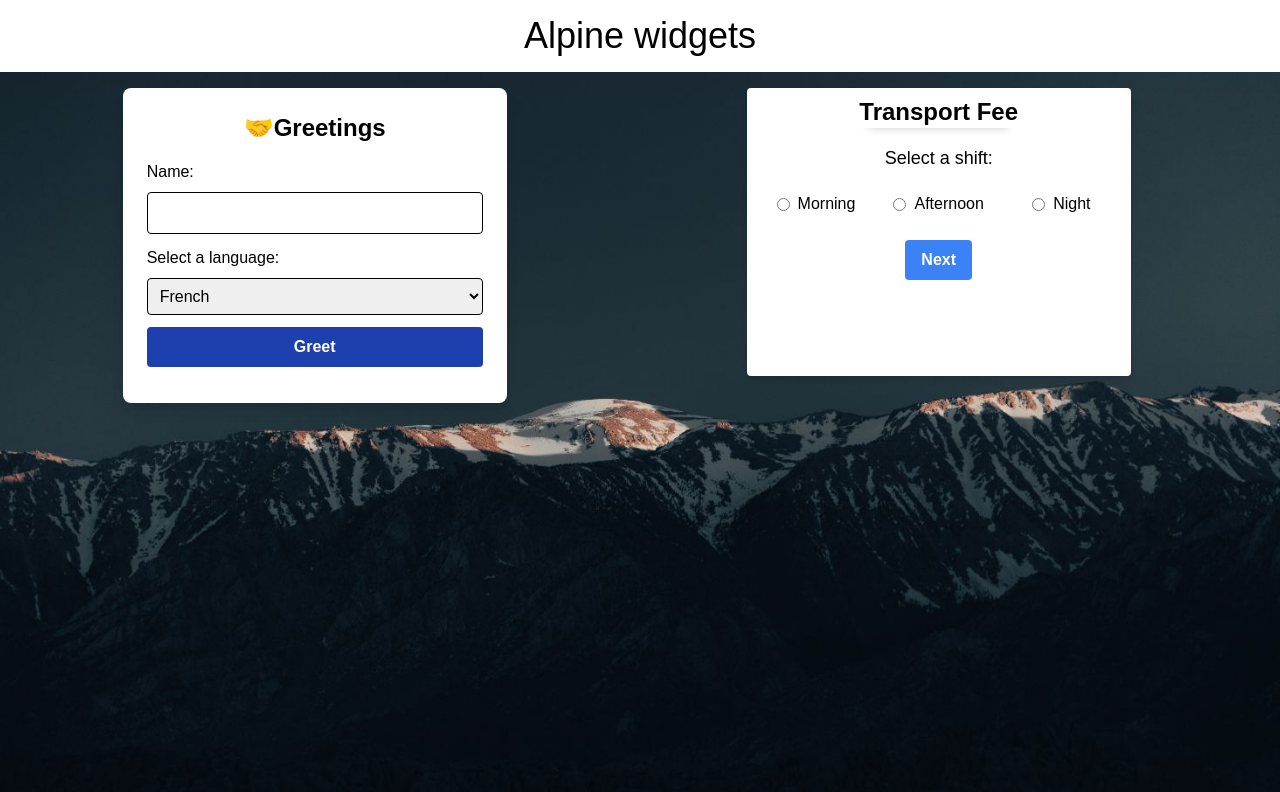
Repository: lasity34/alpine-bootcamp-widgets
Page: index.html
These files come from the project's save history. The page is drawn as it stood at one moment and after the next save; the edit follows.
The browser window is 1280 px wide. The pictures show the whole page.
Some web fonts or font styles are not loaded; a fallback is used. Some web libraries are served in a nearby version.

Above is the page before, as saved 2023-07-12 15:52:56.
Console error: ReferenceError: shift is not defined

### index.html
<!DOCTYPE html>
<html lang="en">
  <head>
    <meta charset="UTF-8" />
    <meta name="viewport" content="width=device-width, initial-scale=1.0" />
    <title>Alpine bootcamp widgets</title>
    <script src="https://unpkg.com/alpinejs@3.2.2" defer></script>

    <link
      href="https://cdn.jsdelivr.net/npm/tailwindcss@2.1.2/dist/tailwind.min.css"
      rel="stylesheet"
    />
    <link rel="preconnect" href="https://fonts.googleapis.com" />
    <link rel="preconnect" href="https://fonts.gstatic.com" crossorigin />
    <link
      href="https://fonts.googleapis.com/css2?family=Titillium+Web:ital@0;1&family=Tsukimi+Rounded:wght@300;400;500&display=swap"
      rel="stylesheet"
    />
    <link rel="stylesheet" href="./style.css" />
  </head>
  <body>
    <h1 class="text-4xl text-center mt-4 pb-4">Alpine widgets</h1>
    <div class="widget_container flex justify-around items-start h-screen">
      <section x-data="greet" class="w-1/3" >
        <div class="bg-white rounded-lg shadow-lg p-6 m-4 max-w-sm">
          <h2 class="text-2xl text-center font-bold mb-4">🤝Greetings</h2>
          <p
            class="mt-3 text-red-600 text-xl text-center"
            x-text="notification"
            x-show.transition="showNotification"
            x-transition:leave="transition ease-in duration-1000"
            x-transition:leave-start="opacity-100"
            x-transition:leave-end="opacity-0"
          ></p>
          <div>
            <label>Name:</label>
            <input
              type="text"
              x-model="name"
              class="border border-black p-2 mt-2 rounded w-full"
            />

            <label class="mt-3 block">Select a language:</label>
            <select
              x-model="language"
              class="border border-black mt-2 p-2 rounded w-full"
            >
              <option value="French">French</option>
              <option value="English">English</option>
              <option value="Spanish">Spanish</option>
            </select>
            <div class="flex justify-center flex-col">
              <button
                @click="validateInput() & greeting()"
                class="text-center mt-3 bg-blue-800 hover:bg-blue-900 text-white font-bold py-2 px-4 rounded"
              >
                Greet
              </button>

              <p
                class="mt-3 text-purple-700 text-2xl text-center"
                x-text="message"
              ></p>
            </div>
          </div>
        </div>
      </section>
      <section
      class="w-1/3 "
        x-data="transportFee"
      >
      <div class="flex flex-col items-center bg-white max-w-sm mt-4 h-72 p-2 rounded shadow-md">
        <h1 class="text-2xl font-bold mb-4">Transport Fee</h1>

        <label class="text-lg mb-5">Select a shift:</label>
        <div class="flex justify-between w-full">


        <div class="flex items-center justify-center mb-2 w-1/3">
          <input
            type="radio"
            id="morning"
            name="shift"
            x-model="shift"
            value="morning"
            class="mr-2"
          />
          <label for="morning">Morning</label>
        </div>

        <div class="flex items-center justify-center mb-2 w-1/3">
          <input
            type="radio"
            id="afternoon"
            name="shift"
            x-model="shift"
            value="afternoon"
            class="mr-2"
          />
          <label for="afternoon">Afternoon</label>
        </div>

        <div class="flex items-center justify-center mb-2 w-1/3">
          <input
            type="radio"
            id="night"
            name="shift"
            x-model="shift"
            value="night"
            class="mr-2"
          />
          <label for="night">Night</label>
        </div>
      </div>
        <button
          @click="validate()"
          class="mt-4 bg-blue-500 hover:bg-blue-700 text-white font-bold py-2 px-4 rounded"
        >
          Next
        </button>
        </div>
      </section>
    </div>

    <script src="./greet.js"></script>
    <script src="./transportFee.js"></script>
  </body>
</html>

### style.css
body {


    font-family: 'Tsukimi Rounded', sans-serif;
}

h1 {
    box-shadow: 0 10px 10px -10px rgba(0,0,0,0.2);
    font-family: 'Tsukimi Rounded', sans-serif;
    color: #020101;
}

.widget_container {
    background-image: url(./background.jpg);
    background-repeat: no-repeat;
    background-size: cover;
    background-position: center;
}

### greet.js


function greet() {
  return {
    name: '',
    language: 'French',
    message: '',
    notification: '',
    showNotification: false,
    greeting() {
      if (!this.validateInput()) {
        return;
      }
      if (this.language === 'English') {
        this.message = `🇬🇧 Hello ${this.name} 🇬🇧`
      } else if (this.language === 'French') {
        this.message = `🇫🇷 Bonjour ${this.name} 🇫🇷`
      } else if (this.language === 'Spanish') {
        this.message = `🇪🇸 Hola ${this.name} 🇪🇸`
      }
      this.name = ''
    },
    validateInput() {
      let regex = /^[a-zA-Z]+$/;  // Regex for letters and spaces only
      if (!this.name) {
        this.notify('Please type in a name');
        return false;
      }
      if (!regex.test(this.name)) {
        this.notify('Please don\'t use special characters');
        this.name = ''
        return false;
      }

      return true;
    },
    notify(msg) {
      this.notification = msg;
      this.showNotification = true;
      setTimeout(() => this.showNotification = false, 3000);
    }
  }
}



document.addEventListener("alpine:init", () => {
    Alpine.data("greet", greet);
  });

### transportFee.js
function transportFee() {
    return {

    }
}




document.addEventListener("alpine:init", () => {
    Alpine.data("transportFee", transportFee);
  });

After the next save:
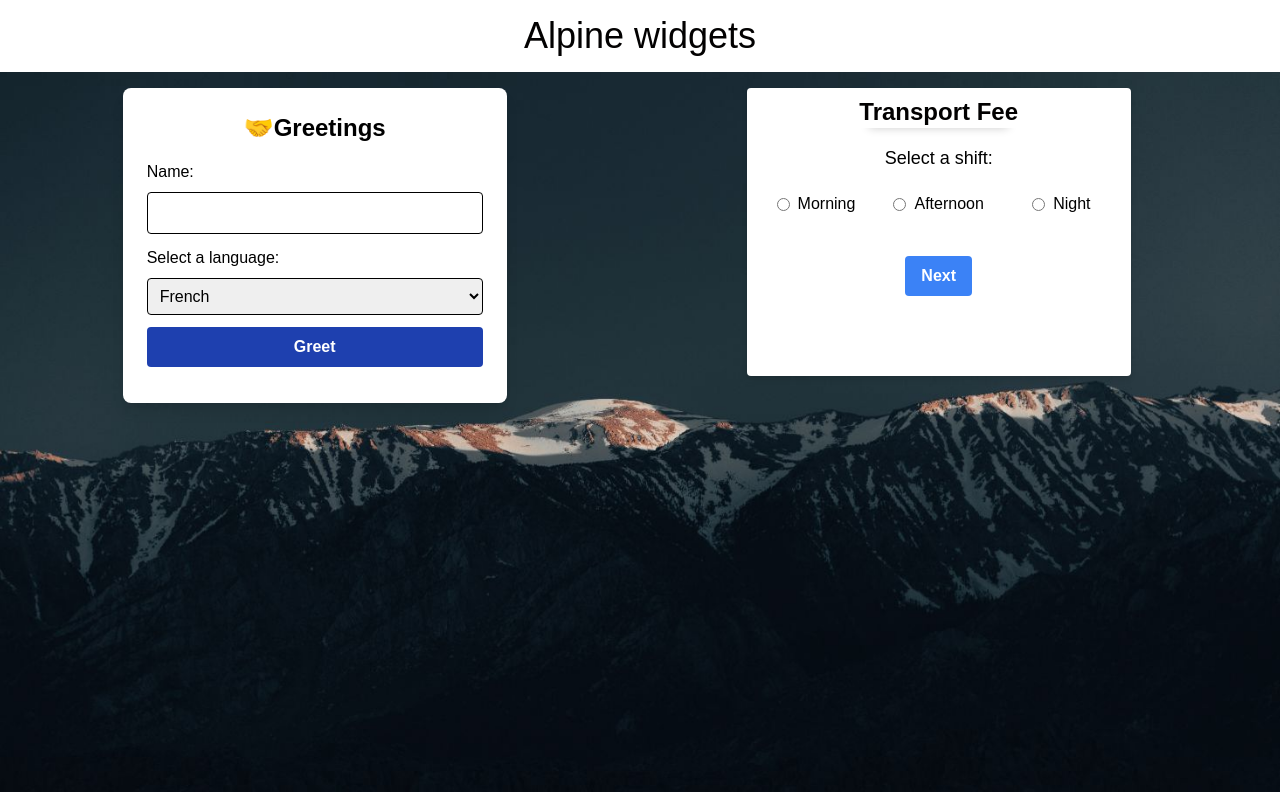
Saved 63 s later.
--- a/index.html
+++ b/index.html
@@ -114,7 +114,7 @@
       </div>
         <button
           @click="validate()"
-          class="mt-4 bg-blue-500 hover:bg-blue-700 text-white font-bold py-2 px-4 rounded"
+          class="mt-8 bg-blue-500 hover:bg-blue-700 text-white font-bold py-2 px-4 rounded"
         >
           Next
         </button>
